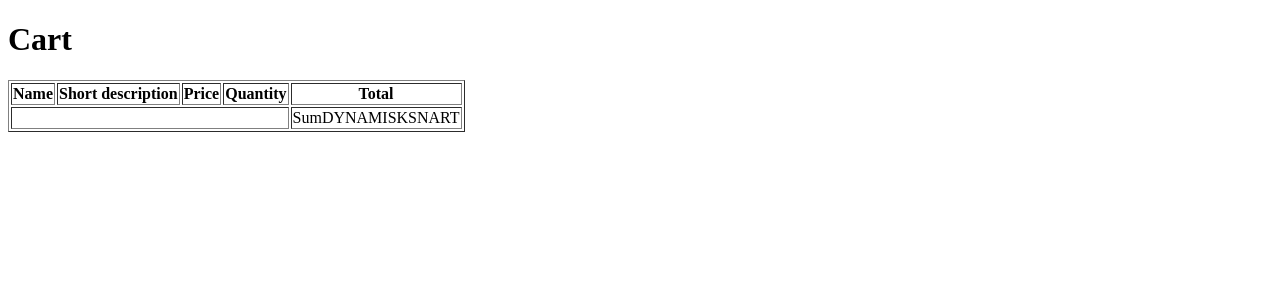
Repository: superdids/DAT152
Page: http://localhost/Oblig3/cart
The author's editor kept a copy of each file at every save. The page is drawn from the files as they stood at one save, then again after the next save.
The browser window is 1280 px wide. The pictures show the whole page.
The page is served by Tomcat 9. Other server files are loaded and not shown.

Above is the page before, as saved 2015-10-23 11:24:42.

### Oblig3/WebContent/cart.jsp
<%@ page language="java" contentType="text/html; charset=ISO-8859-1"
    pageEncoding="ISO-8859-1"%>
<%@ taglib uri="http://java.sun.com/jsp/jstl/core" prefix="c" %>
<!DOCTYPE html PUBLIC "-//W3C//DTD HTML 4.01 Transitional//EN" "http://www.w3.org/TR/html4/loose.dtd">
<html>
<head>
<meta http-equiv="Content-Type" content="text/html; charset=ISO-8859-1">
<title>Insert title here</title>
</head>
<body>
<h1>Cart</h1>
<table border="1">
	<tr>
		<th>Name</th>
		<th>Short description</th>
		<th>Price</th>
		<th>Quantity</th>
		<th>Total</th>
	</tr>
	<c:forEach var="item" items="${items}">
		<tr>
			<td>${item.value.product.productName}</td>
			<td>Nothing!</td>
			<td>${item.value.product.priceInEuro}</td>
			<td>${item.value.amount}</td>
			<td>Some stuff</td>
<%-- <td>${items.key}</td> --%>
		</tr>
	</c:forEach>
	<tr>
		<td colspan="4"></td>
		<td>SumDYNAMISKSNART</td>
	</tr>
</table>



</body>
</html>

### Oblig3/src/no/hib/dat152/controllers/Cart.java
package no.hib.dat152.controllers;

import java.io.IOException;
import java.util.HashMap;

import javax.servlet.ServletException;
import javax.servlet.annotation.WebServlet;
import javax.servlet.http.HttpServlet;
import javax.servlet.http.HttpServletRequest;
import javax.servlet.http.HttpServletResponse;

import no.hib.dat102.database.Description;
import no.hib.dat102.database.DescriptionDAOContext;
import no.hib.dat102.database.DescriptionId;
import no.hib.dat152.models.CartItem;
import no.hib.dat152.models.MyAwesomeCart;
import no.hib.dat152.util.RequestHelper;

/**
 * Servlet implementation class Cart
 */
@WebServlet("/cart")
public class Cart extends HttpServlet {
	private static final long serialVersionUID = 1L;

	/**
	 * @see HttpServlet#doGet(HttpServletRequest request, HttpServletResponse response)
	 */
	protected void doGet(HttpServletRequest request, HttpServletResponse response) throws ServletException, IOException {

		request = RequestHelper.setLanguage(request);

		MyAwesomeCart cart = (MyAwesomeCart) request.getSession().getAttribute("cart");
		if(cart != null) {
			HashMap<Integer,CartItem> items = (HashMap<Integer, CartItem>) cart.getItems();
			DescriptionDAOContext dao = new DescriptionDAOContext();

			String language = (String) request.getSession().getAttribute("language");
			if(language != null) {

				for(Integer key : items.keySet()) {
					CartItem item = items.get(key);
					Description description = dao.read(new DescriptionId(key, language));
					if(description != null)
						item.setDescription(description.getText());

					cart.addItem(key, item);
				}
				request.setAttribute("items", cart.getItems());
			}
		}

		request.getRequestDispatcher("/cart.jsp").forward(request, response);
	}

	/**
	 * @see HttpServlet#doPost(HttpServletRequest request, HttpServletResponse response)
	 */
	protected void doPost(HttpServletRequest request, HttpServletResponse response) throws ServletException, IOException {
		// TODO Auto-generated method stub

		response = RequestHelper.generateCookie(request, response, "language", "locale");
		response.sendRedirect(request.getContextPath()+"/cart");
	}

}

### Oblig3/src/no/hib/dat152/util/RequestHelper.java
package no.hib.dat152.util;

import javax.servlet.http.Cookie;
import javax.servlet.http.HttpServletRequest;
import javax.servlet.http.HttpServletResponse;

import no.hib.dat102.database.AvailableLanguages;
import no.hib.dat102.database.DescriptionDAOContext;
import no.hib.dat102.database.Product;
import no.hib.dat152.models.CartItem;
import no.hib.dat152.models.MyAwesomeCart;

/**
 * Hjelpeklasse som oppdaterer request/response objektet, eller
 * henter verdier fra request objektet
 * @author Didrik, Lars-Jo, Ståle
 */
public class RequestHelper {

	/**
	 * Henter språkkode
	 * @param request Request objektet
	 * @return Språkkoden om den finnes i request objektet, null ellers
	 */
	public static String getLanguageFromRequest(HttpServletRequest request) {
		String lang = request.getParameter("language");
		return lang != null ? lang : "en";
	}

	/**
	 * Henter en cookie med gitt request objekt og cookie navn
	 * @param request Request objektet
	 * @param cookieName Cookie navn
	 * @return Referanse til et cookie objekt om navnet eksisterer, null ellers
	 */
	public static Cookie getCookie(HttpServletRequest request, String cookieName) {
		Cookie cookie = null;
		Cookie [] cookies = request.getCookies();
		if (cookies != null) {
			for(Cookie c : cookies) {
				if(c.getName().equals(cookieName)) { cookie = c; break; }
			}
		}

		return cookie;
	}

	/**
	 * Oppretter nytt cookie objekt
	 * @param request Request objektet
	 * @param response Response objektet
	 * @param paramReference Parameterreferanse som skal settes inn i cookie objektet
	 * @param cookieName Navnet som skal tilordnes cookie objektet
	 * @return Referanse til et cookie objekt
	 */
	public static HttpServletResponse generateCookie(HttpServletRequest request,
			HttpServletResponse response, String paramReference,
			String cookieName) {
		String param = request.getParameter(paramReference);

		Cookie cookie = new Cookie(cookieName, param);
		response.addCookie(cookie);
		return response;
	}

	/**
	 * Setter språk avhengig av verdi i cookie
	 * @param request Request objektet
	 * @return Oppdatert request objekt
	 */
	public static HttpServletRequest setLanguage(HttpServletRequest request) {
		Cookie cookie = RequestHelper.getCookie(request, "locale");
		String dynamic = "en";
		if(cookie != null)
			dynamic = cookie.getValue();

		AvailableLanguages availableLanguages = ServletContext.getAvailableLanguagesFromContext();

		request.setAttribute("availableLanguages", availableLanguages.getLanguages());
		request.getSession().setAttribute("language", dynamic);
		return request;
	}

	/**
	 * Oppdaterer handlevognen
	 * @param request Request objektet
	 * @param product Produktet som skal legges inn i handlevognen
	 * @return Oppdatert request objekt
	 */
	public static HttpServletRequest updateCart(HttpServletRequest request, Product product) {
		MyAwesomeCart cart = (MyAwesomeCart) request.getSession().getAttribute("cart");
		Integer id = product.getProductNumber();

		if(cart == null) {
			cart = new MyAwesomeCart();
			cart.addItem(id, new CartItem(product, 1,""));
		} else
			if(cart.inCart(id))
				cart.addCount(id);
			else
				cart.addItem(id, new CartItem(product,1,""));

		request.getSession().setAttribute("cart", cart);

		return request;
	}
}

After the next save:
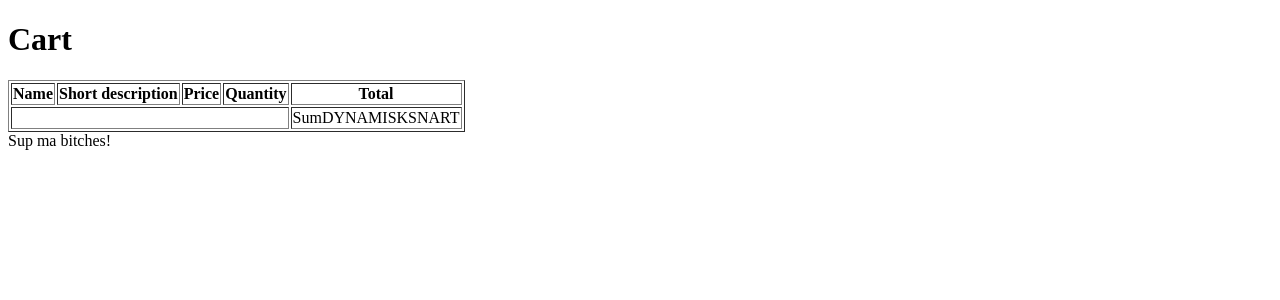
Saved 23 s later.
--- a/Oblig3/WebContent/cart.jsp
+++ b/Oblig3/WebContent/cart.jsp
@@ -33,7 +33,7 @@
 	</tr>
 </table>
 
-
+<short:ShortText maxChars="10">Sup ma bitches!</short:ShortText>
 
 </body>
 </html>
